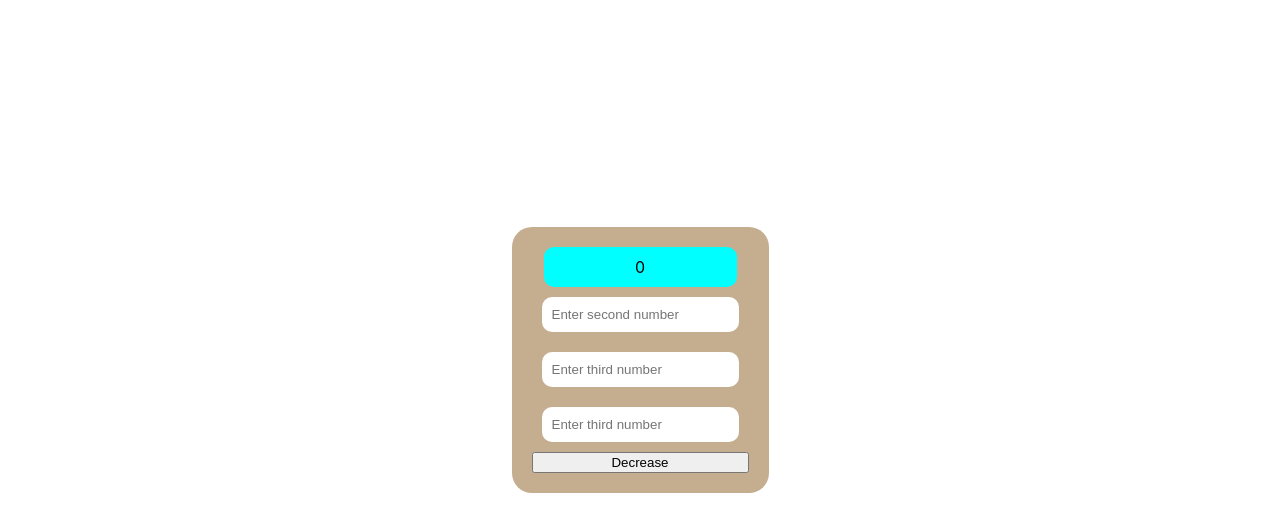
Repository: purnimapatel/SI-calculator
Page: /
These files come from the project's save history. The page is drawn as it stood at one moment and after the next save; the edit follows.
The browser window is 1280 px wide. The pictures show the whole page.
The project was rebuilt for these pictures with package versions that can differ from the ones it lists, and the page was loaded fresh each time.

Above is the page before, as saved 2024-08-26 11:38:19.

After the next save:
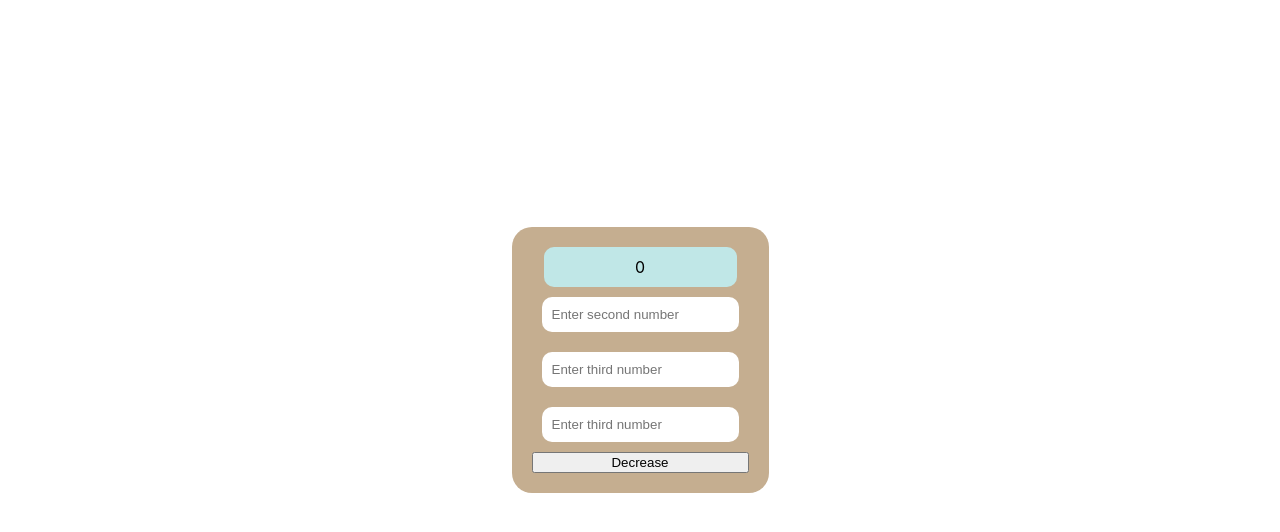
Saved 36 s later.
--- a/src/App.css
+++ b/src/App.css
@@ -28,7 +28,7 @@
   justify-content: center;
   margin:0px 12px;
   padding:10px 0px;
-  background-color:aqua;
+  background-color:rgb(192, 231, 231);
   border-radius:10px;
 
 }
